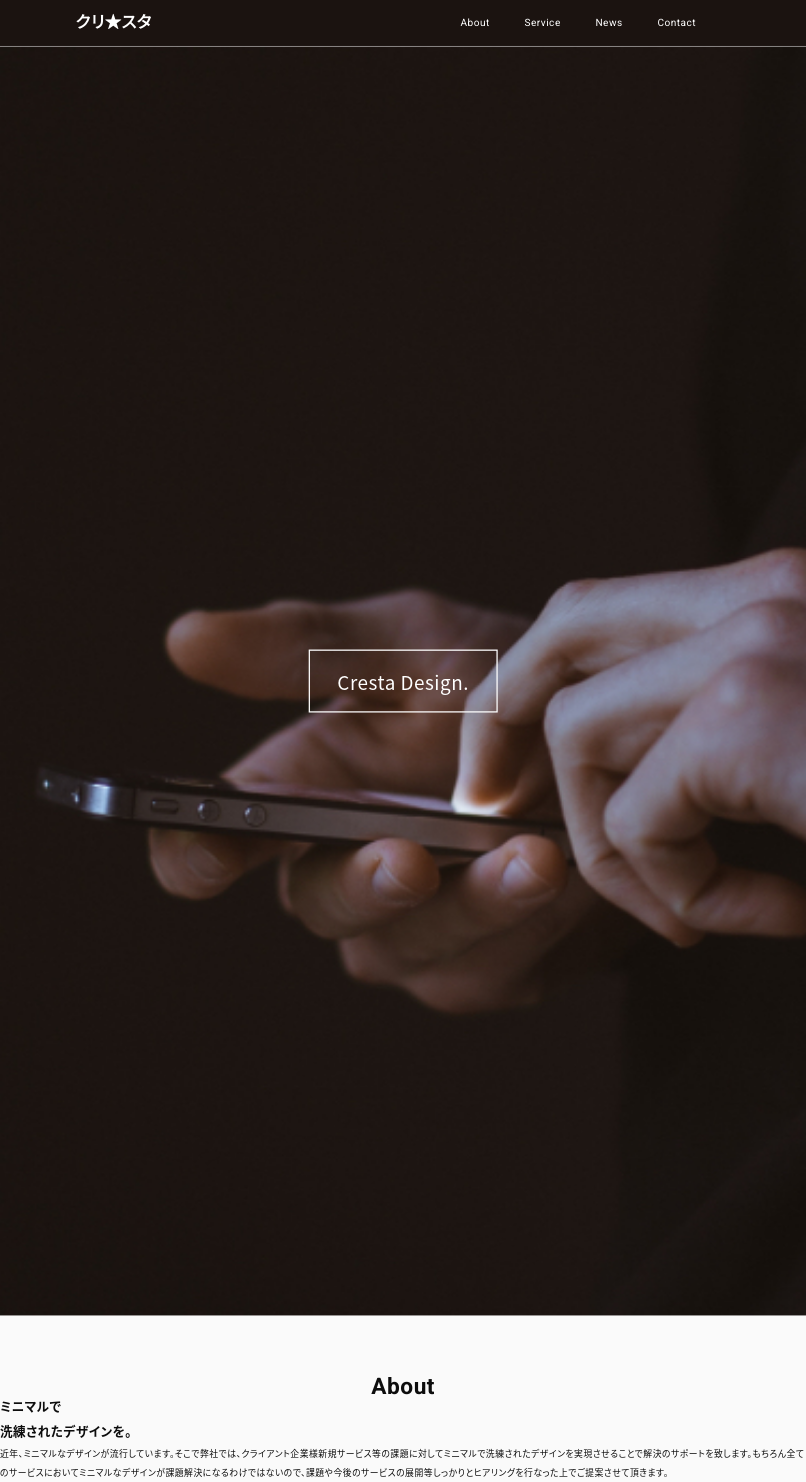
Repository: hatarakimono-kumasan/kurisuta_1st
Page: index.html
These files come from the project's save history. The page is drawn as it stood at one moment and after the next save; the edit follows.
The browser window is 1280 px wide. The pictures show the whole page, at 63% of full size.
Some web libraries are served in a nearby version. The style sheet was rebuilt from its Sass, Less or Tailwind sources for each picture, by a compiler version that may differ from the author's.

Above is the page before, as saved 2020-05-15 07:34:24.

After the next save:
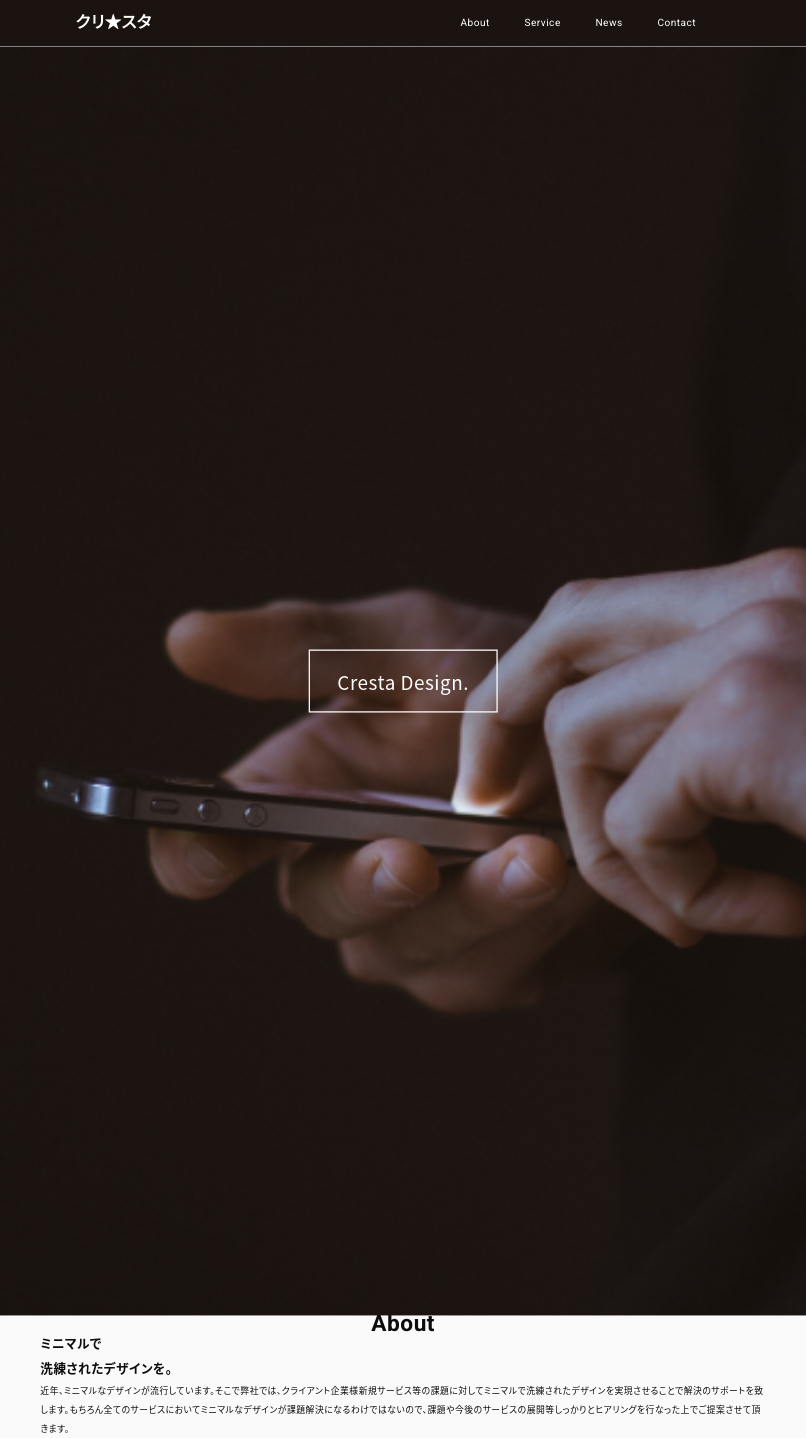
Saved 87 s later.
--- a/scss/layout/_main.scss
+++ b/scss/layout/_main.scss
@@ -28,5 +28,7 @@ first view
 about
 ===============================================*/
 .about {
+	width: 90%;
 	margin-top: 10rem;
+	margin: auto;
 }
